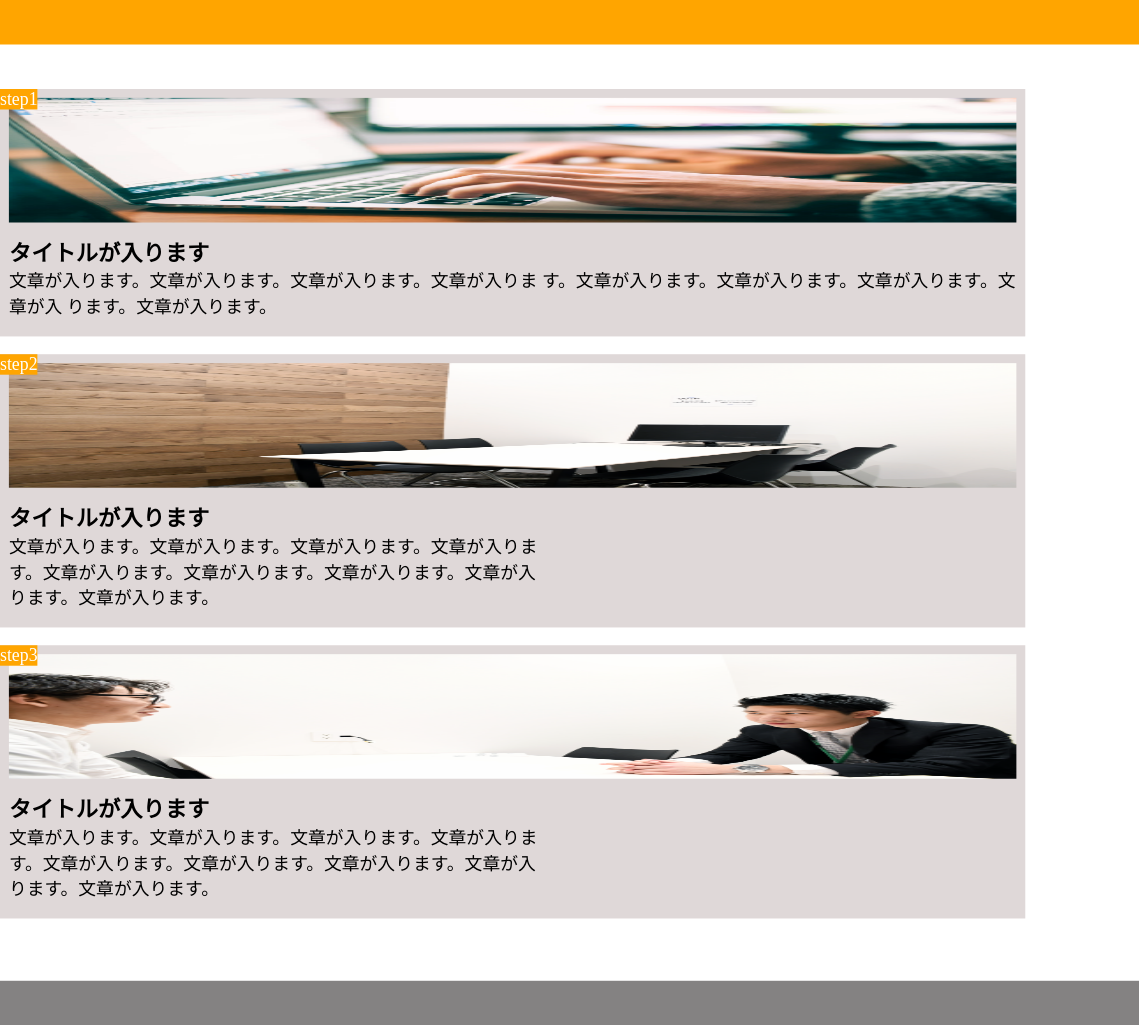
Repository: ishidaryu/ishidaryu
Page: HW/HW.html
The author's editor kept a record of every edit. The page is drawn from the files as they stood at one moment, then again after the next edit.
The browser window is 1280 px wide. The pictures show the whole page, at 89% of full size.

Above is the page before.

### HW/HW.html
<!DOCTYPE html>
<html lang="ja">

  <head>
     <meta charset="UTF-8" />
     <link rel="stylesheet" href="HW.css" />
  </head>

  <body>

    <header></header>


    <main>
      <section class="blog">
        <div calss-="blog-box">

          <div class="blog-item">
            <div class="blog-box1">
              <img class="blog-image" src="flow01.png" />
              <p>
                step1
              </p>
            </div>

              <section class="blog-text">
                <h3 class="blog-text-headimg">
                  <p class="blog-title">
                    タイトルが入ります
                  </p>
                </h3>
              <p class="blog-date">
                文章が入ります。文章が入ります。文章が入ります。文章が入りま
                す。文章が入ります。文章が入ります。文章が入ります。文章が入
                ります。文章が入ります。
                </p>
              </section>
            </div>

          <div class="blog-item">
            <div class="blog-box2">

              <img class="blog-image" src="flow02.png" />
               <p style="text-align:center">
                step2
               </p>
            </div>

                <section class="blog-text">
                  <h3 class="blog-text-headimg">
                    <p class="blog-title">
                      タイトルが入ります
                    </p>
                  </h3>
                <p class="blog-date">
                      文章が入ります。文章が入ります。文章が入ります。文章が入りま<br />
                      す。文章が入ります。文章が入ります。文章が入ります。文章が入<br />
                      ります。文章が入ります。
                </p>
                </section>
          </div>

          <div class="blog-item">
            <div class="blog-box3">
              <img class="blog-image" src="flow03.png" />
              <p>
                step3
              </p>
            </div>
                <section class="blog-text">
                  <h3 class="blog-text-headimg">
                    <p class="blog-title">
                      タイトルが入ります
                    </p>
                </h3>
              <p class="blog-date">
                      文章が入ります。文章が入ります。文章が入ります。文章が入りま<br />
                      す。文章が入ります。文章が入ります。文章が入ります。文章が入<br />
                      ります。文章が入ります。
                </p>
                </section>
            </div>
        </section>
        </div>

    </main>


    <footer></footer>

  </body>
</html>

### HW/HW.css
* {
  margin: 0;
  padding: 0;
  box-sizing: border-box;

}



a {
  text-decoration: none;
}

header {
  width: 100%;
  height: 50px;
  background-color: orange;
}

main {
  width: 100%;
  /* display: flex; */
  justify-content: center;
  margin: 0 auto;
  padding: 50px 0;
}

.blog {
  width: 90%;
   display: flex;
}


.blog-box {
  display: flex;
  flex-warp: wrap;
  padding-top: 50px;
}

.blog-box1 {
  position: relative;
}

.blog-box1 p {
  position: absolute;
  color: white;
  top: 0;
  left: 0;
  margin: 0;
  background: orange;
  font-size: 20px;
}

.blog-box2 {
  position: relative;
}

.blog-box2 p {
  position: absolute;
  color: white;
  top: 0;
  left: 0;
  margin: 0;
  background: orange;
  font-size: 20px;
}

.blog-box3 {
  position: relative;
}

.blog-box3 p {
  position: absolute;
  color: white;
  top: 0;
  left: 0;
  margin: 0;
  background: orange;
  font-size: 20px;
}

.blog-item {
  padding-bottom: 10px;
  margin-bottom: 20px;

  justify-content: flex-start;
  background-color: #dfd8d8;
}

.blog-image {
  width: 100%;
  height: 150px;
  padding: 10px 10px 0 10px;
}

.blog-text {
  padding: 10px;
}

.blog-text-heading {
  padding-bottom: 15px;
}

.blog-title {
  font-size: 25px;
}

.blog-date {
  font-size: 20px;
}


footer {
  width: 100%;
  height: 50px;
  background-color: #848282;
}


@media screen and (max-width:768px) {
    .blog-box {
      width: 100%;

  }

}

After the next edit:
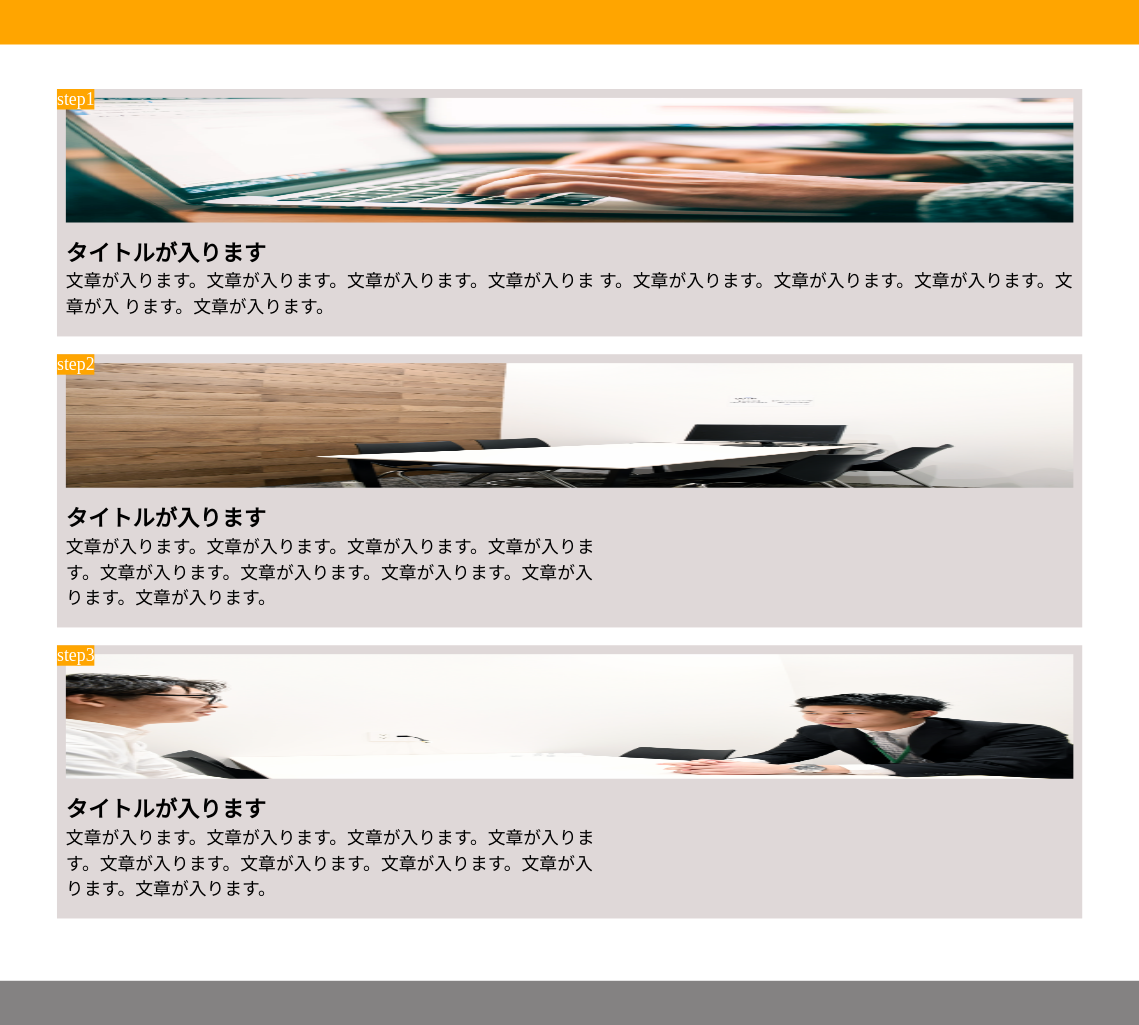
The edit:
--- a/HW/HW.css
+++ b/HW/HW.css
@@ -19,7 +19,7 @@
 
 main {
   width: 100%;
-  /* display: flex; */
+  display: flex;
   justify-content: center;
   margin: 0 auto;
   padding: 50px 0;
